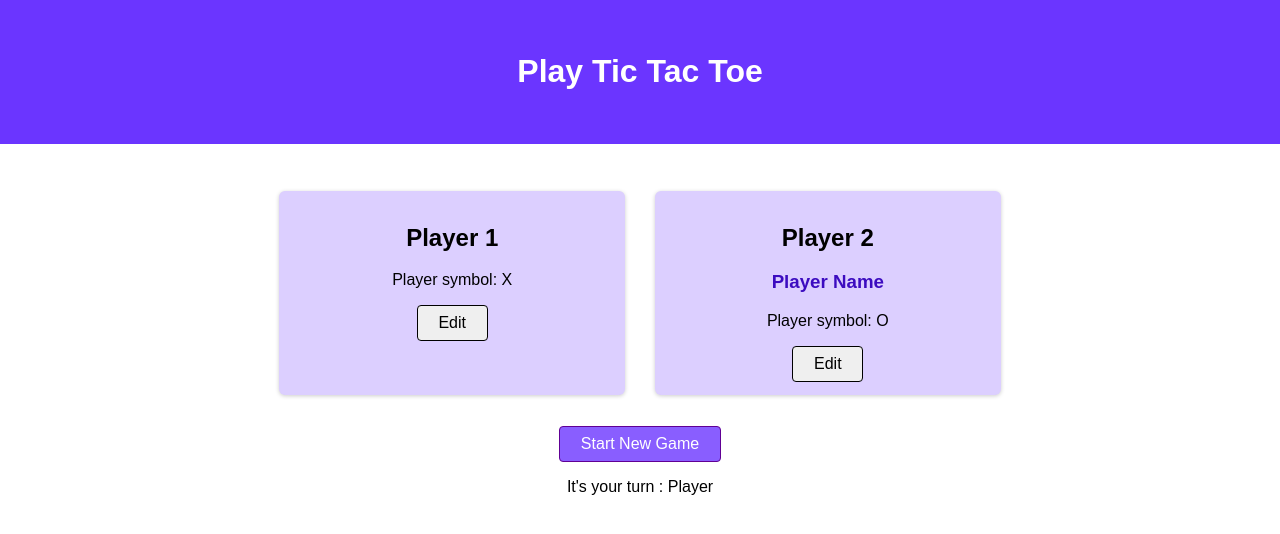
Repository: Harjot00/Wevdev
Page: Tic tac toe/index.html
An editor plug-in stored every save of this project. The page is shown before and after the next save, followed by the edit.
The browser window is 1280 px wide. The pictures show the whole page.
Some web fonts or font styles are not loaded; a fallback is used.

Above is the page before, as saved 2022-05-22 18:44:10.

### Tic tac toe/index.html
<!DOCTYPE html>
<html lang="en">
<head>
    <meta charset="UTF-8">
    <meta http-equiv="X-UA-Compatible" content="IE=edge">
    <meta name="viewport" content="width=device-width, initial-scale=1.0">
    <link rel="stylesheet" href="styles.css">
    <link href="https://fonts.googleapis.com/css2?family=Roboto:wght@100&family=Send+Flowers&display=swap" rel="stylesheet">
    <title>Tic Tac Toe</title>
    <script src="funcs.js" defer></script>
    <script src="app.js" defer></script>


</head>
<body>
    <div id="curtain"></div>
    <header>
        <h1>Play Tic Tac Toe</h1>

    </header>
    <main>
        <aside id="playerinfo" >
            <div id="playerinput">
                <h2>Choose your name</h2>
            <form >
                <div>
                    <label for = "playername">Player name</label>
                    <input type="text" name="username" id="pname">

                </div>
                <div >
                    <button id="cancel-btn" class="btn-class"  type="button"> Cancel</button>
                    <button class="btn-class" id="confirm-btn" type="button">Confirm</button>
                </div>
            </form>
            </div>
        </aside>

        <div id="gamestyle">
            <ol>
                <li>
                    <h2>Player 1</h2>
                    <h3 id="player1-name">Player Name</h3>
                    <p>Player symbol: X</p>
                    <button class="btn-class" id="player1editbtn">Edit</button>
                </li>
                <li>
                    <h2>Player 2</h2>
                    <h3 id="player2-name">Player Name</h3>
                    <p>Player symbol: O</p>
                    <button class="btn-class" id="player2editbtn">Edit</button>
                </li>
            </ol>
            <button id="start-btn">Start New Game</button>
        </div>
         <section id="active-game">
             <div id="game-over">
                <h2>You won Player</h2>
                <p>click "Start New Game" above, to start a new game. </p>
             </div>
             <p >It's your turn : Player</p>
             <ol class="game-board">
                 <li></li>
                 <li></li>
                 <li></li>
                 <li></li>
                 <li></li>
                 <li></li>
                 <li></li>
                 <li></li>
                 <li></li>
             </ol>
         </section>
    </main>

</body>
</html>

### Tic tac toe/styles.css
@import url('https://fonts.googleapis.com/css2?family=Roboto:wght@100&family=Send+Flowers&display=swap');
body{
    font-family: 'Montserrat', sans-serif;
    margin: 0;
    padding: 0;
}
header{
    background-color: #6b35ff;
    margin:0 0 2rem 0;
    padding: 2rem 0;
    color:white;
    text-align: center;
}
#curtain {
    text-align: center;
    width:100vw;
    height:100vh;
    position:absolute;
    top:0;
    left:0;
    background-color: rgba(0,0,0,0.8);
    display:none;

}
aside{
    display:none;
    position:absolute;
    top:30%;
    width:100vw;



}

aside div h2{
    margin:0.7rem 0;
}
aside div input {
    display:block;
    margin:1rem auto;
    height:1.6rem;
    width:50%;
}
 #playerinput{
    margin:0 auto;
    padding:0.8rem;
    background-color:white;
    border-radius: 6px;
    width:50%;
    text-align: center;


}

.btn-class{
    padding:0.5rem 1.3rem;
    font-size:1rem;
    border:1px solid;
    border-radius: 4px;
}
#player1editbtn:hover{
    cursor:pointer;
    background-color:#ac8eff;

}
#player2editbtn:hover{
    cursor:pointer;
    background-color:#ac8eff;

}


#btn-div button:hover{
    background-color: #895eff;
    color:white;
    border-color: #441daf;
    cursor: pointer;
}
#cancel-btn:hover{
    cursor: pointer;
    background-color:#ac8eff;
    color: white;
}
#confirm-btn{
    background-color: #895eff;
    color:white;
}
#confirm-btn:hover{
    cursor: pointer;
    background-color:#6831ff;
    color: white;
}
#gamestyle ol{
    display:flex;
    list-style: none;
    padding:0px;
    justify-content: center;
}
#gamestyle li{
    padding:0.8rem;
    margin: 15px;
    width:25%;
    background-color: #dccfff;
    text-align:center;
    border-radius: 6px;
    box-shadow: rgba(0, 0, 0, 0.2) 0px 1px 4px;

}
#gamestyle li h3{
    color:#3c0cc0;
}
#start-btn{
    padding:0.5rem 1.3rem;
    font-size:1rem;
    border:1px solid rgb(96, 0, 148);
    border-radius: 4px;
    background-color:#895eff;
    color:white;
    margin:0 auto;
    display:block;


}
#start-btn:hover{
    cursor: pointer;
    background-color:#6430f4;
}
#game-over{
    width:45%;
    margin:25px auto;
    background-color:#160052;
    padding:20px 0px;
    color:white;
    display:none;
}
.game-board{
    list-style: none;
    display:grid;
    grid-template-columns: repeat(3,100px);
    grid-template-rows: repeat(3,100px);
    justify-content: center;
    padding:0;
    gap:6px;
    margin:25px 0;
    display: none;
}
.game-board li {
    background-color:#ad8fff;
}
.game-board li:hover{
    background-color:#6c36ff;
}
section{
    text-align: center;
}
@media only screen and (max-width: 768px){
    #gamestyle li{
         width:30%;}

    #playerinput{
        width:70vw;
    }

    #playerinput h2{
        font-size:1rem;

    }
    #playerinput button{
        padding:0.3rem 1rem;
    }
    #playerinput input{
        width:70%;
        margin:15px auto;
    }

}

### Tic tac toe/funcs.js
function playerConfig(){
    document.getElementById('curtain').style.display = 'block';
    document.getElementById('playerinfo').style.display = 'block';

}
function player2Config(){
    document.getElementById('curtain').style.display = 'block';
    document.getElementById('playerinfo').style.display = 'block';

}
function closeplayerconfig(){
    document.getElementById('curtain').style.display = 'none';
    document.getElementById('playerinfo').style.display = 'none';
}
function playernamelog(){

    document.getElementById('player1-name').innerText = document.getElementById('pname').value;



    document.getElementById('curtain').style.display = 'none';
    document.getElementById('playerinfo').style.display = 'none';

}

### Tic tac toe/app.js
const player1editbtnele = document.getElementById('player1editbtn');
const player2editbtnele = document.getElementById('player2editbtn');
player1editbtnele.addEventListener("click",playerConfig());
player2editbtnele.addEventListener("click",playerConfig());

const asidebackdrop = document.getElementById('curtain');
asidebackdrop.addEventListener("click",closeplayerconfig);

const cancelbtn = document.getElementById('cancel-btn');
cancelbtn.addEventListener("click",closeplayerconfig);


const confirmbtnele = document.getElementById('confirm-btn');
confirmbtnele.onclick =  playernamelog();

After the next save:
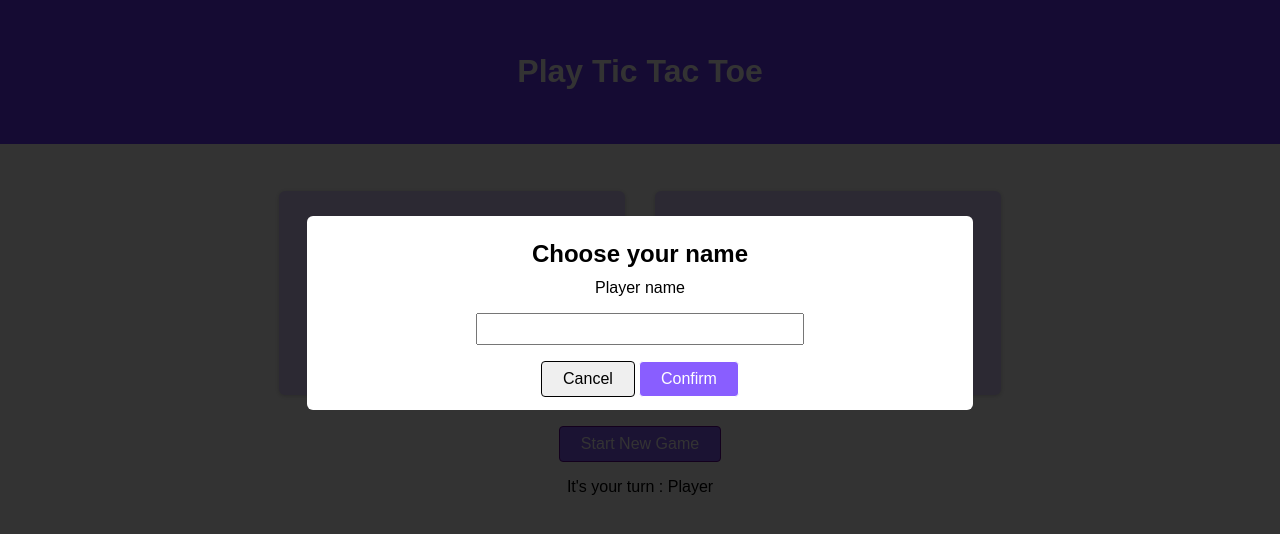
Saved 98 s later.
--- a/Tic tac toe/app.js
+++ b/Tic tac toe/app.js
@@ -11,4 +11,4 @@ cancelbtn.addEventListener("click",closeplayerconfig);
 
 
 const confirmbtnele = document.getElementById('confirm-btn');
-confirmbtnele.onclick =  playernamelog();
+confirmbtnele.onclick =  playernamelog;

After the save that followed:
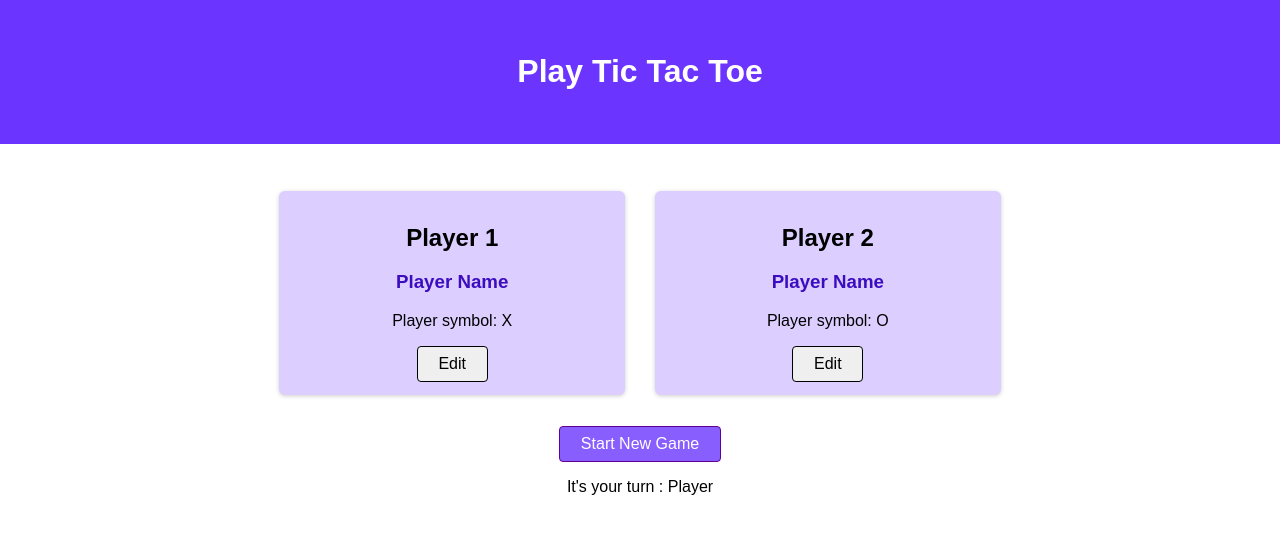
Saved 28 s later.
--- a/Tic tac toe/app.js
+++ b/Tic tac toe/app.js
@@ -1,7 +1,7 @@
 const player1editbtnele = document.getElementById('player1editbtn');
 const player2editbtnele = document.getElementById('player2editbtn');
-player1editbtnele.addEventListener("click",playerConfig());
-player2editbtnele.addEventListener("click",playerConfig());
+player1editbtnele.addEventListener("click",playerConfig);
+player2editbtnele.addEventListener("click",playerConfig);
 
 const asidebackdrop = document.getElementById('curtain');
 asidebackdrop.addEventListener("click",closeplayerconfig);
